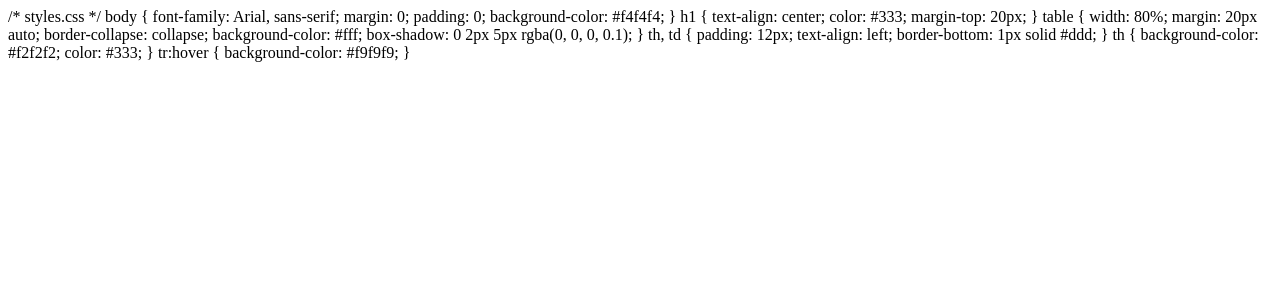
Repository: Afrozzzz/java-training
Page: shop/src/main/resources/static/index.html
These files come from the project's save history. The page is drawn as it stood at one moment and after the next save; the edit follows.
The browser window is 1280 px wide. The pictures show the whole page.

Above is the page before, as saved 2025-02-26 11:29:30.

### shop/src/main/resources/static/index.html
/* styles.css */

body {
    font-family: Arial, sans-serif;
    margin: 0;
    padding: 0;
    background-color: #f4f4f4;
}

h1 {
    text-align: center;
    color: #333;
    margin-top: 20px;
}

table {
    width: 80%;
    margin: 20px auto;
    border-collapse: collapse;
    background-color: #fff;
    box-shadow: 0 2px 5px rgba(0, 0, 0, 0.1);
}

th, td {
    padding: 12px;
    text-align: left;
    border-bottom: 1px solid #ddd;
}

th {
    background-color: #f2f2f2;
    color: #333;
}

tr:hover {
    background-color: #f9f9f9;
}

After the next save:
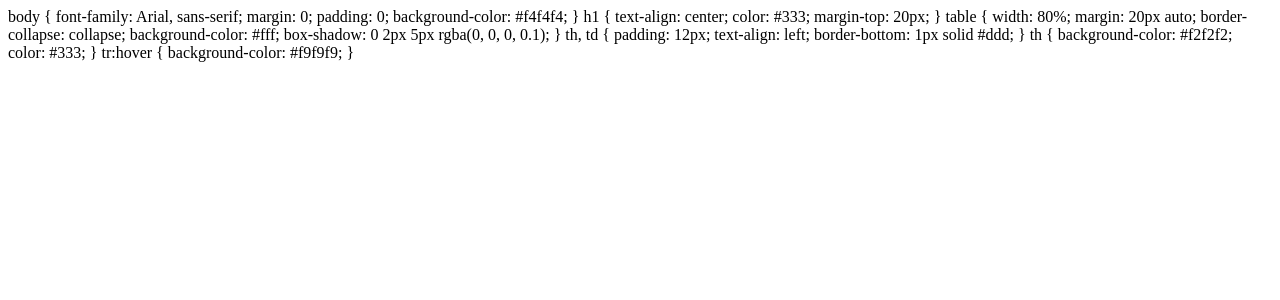
Saved 7 s later.
--- a/shop/src/main/resources/static/index.html
+++ b/shop/src/main/resources/static/index.html
@@ -1,4 +1,4 @@
-/* styles.css */
+
 
 body {
     font-family: Arial, sans-serif;
